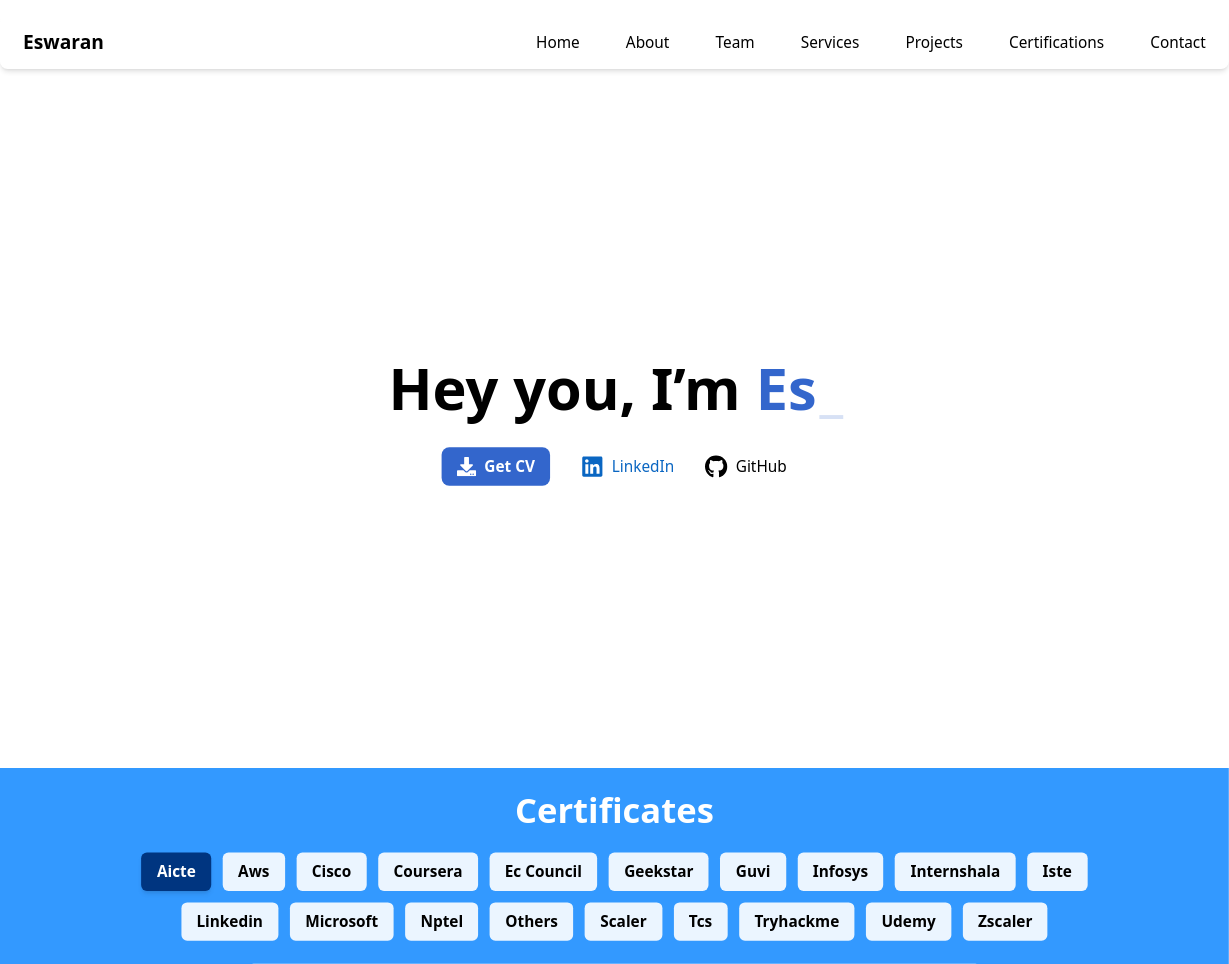
Repository: Rudra-Eswaran/Rudra_Official
Page: /
An editor plug-in stored every save of this project. The page is shown before and after the next save, followed by the edit.
The browser window is 1280 px wide. The pictures show the part of the page from y = 0 to 1004 px (the page is 5552 px tall), at 96% of full size.
Pictures or frames that could not be fetched are drawn as grey boxes. Some web libraries are served in a nearby version. The project was rebuilt for these pictures with package versions that can differ from the ones it lists, and the page was loaded fresh each time. Also part of the build but not shown: vite.config.js, src/components/Success.jsx, src/components/Failure.jsx.

Above is the page before, as saved 2025-05-20 11:10:02.

### index.html
<!doctype html>
<html lang="en">
  <head>
    <meta charset="UTF-8" />
    <link rel="icon" type="image/svg+xml" href="/vite.svg" />
    <meta name="viewport" content="width=device-width, initial-scale=1.0" />
    <title>Rudra Loading</title>
    <!-- Tailwind CSS CDN -->
<script src="https://cdn.tailwindcss.com"></script>

  </head>
  <body>
    <div id="root"></div>
    <script type="module" src="/src/main.jsx"></script>
  </body>
</html>

### src/App.jsx
import Navbar from "./components/Navbar";
import Footer from "./pages/Footer";
import Contact from "./pages/Contactus";
import Certify from "./pages/Certify";
import Rudrans from "./pages/Rudrans";
import Home from "./pages/Home";
import Products from "./pages/Products";
import Services from "./pages/Services";
import Edtech from "./pages/Edtech";




export default function App() {
  return (
    <>
      <Navbar />

      {/* Add a top margin to push content below the navbar */}
      <div className="mt-[80px]"> {/* Adjust this value based on your navbar height */}

        <Home/>
        <Certify/>
        <Rudrans />
        <Products/>
        <Services/>
        <Edtech/>
        <Contact />
      </div>

      {/* Footer will be at the bottom */}
      <Footer />
    </>
  );
}

### src/components/Navbar.jsx
import { useState } from "react";
import { Link } from "react-router-dom";
import { FiMenu, FiX } from "react-icons/fi";

const Navbar = () => {
  const [isMobileMenuOpen, setIsMobileMenuOpen] = useState(false);
  const [hovering, setHovering] = useState(false);

  const toggleMenu = () => setIsMobileMenuOpen(!isMobileMenuOpen);

  const menuItems = [
    { name: "Home", path: "/" },
    { name: "About", path: "/about" },
    { name: "Team", path: "/team" },
    { name: "Services", path: "/services" },
    { name: "Projects", path: "/projects" },
    { name: "Certifications", path: "/certifications" },
    { name: "Contact", path: "/contact" },
  ];

  return (
    <nav
      className={`fixed w-full top-0 left-0 z-50 mt-4 px-6 rounded-lg bg-white transition-shadow duration-300 ${
        hovering
          ? "shadow-lg"
          : "shadow-md"
      }`}
      onMouseEnter={() => setHovering(true)}
      onMouseLeave={() => setHovering(false)}
    >
      <div className="max-w-7xl mx-auto flex justify-between items-center h-14">
        {/* Logo */}
        <div className="text-xl font-bold text-black hover:text-blue-600 transition-colors">
          <Link to="/">Eswaran</Link>
        </div>

        {/* Desktop Menu */}
        <ul className="hidden md:flex space-x-12 font-medium text-black text-base">
          {menuItems.map(({ name, path }) => (
            <li key={name}>
              <Link
                to={path}
                className="hover:text-blue-600 transition-colors duration-300"
              >
                {name}
              </Link>
            </li>
          ))}
        </ul>

        {/* Mobile Menu Button */}
        <button
          onClick={toggleMenu}
          className="md:hidden focus:outline-none text-black hover:text-blue-600 transition-colors duration-300"
          aria-label="Toggle mobile menu"
        >
          {isMobileMenuOpen ? <FiX size={28} /> : <FiMenu size={28} />}
        </button>
      </div>

      {/* Mobile Menu */}
      {isMobileMenuOpen && (
        <div className="md:hidden bg-white shadow rounded-b-lg px-6">
          <ul className="flex flex-col space-y-6 py-6 text-center font-medium text-lg text-black">
            {menuItems.map(({ name, path }) => (
              <li key={name}>
                <Link
                  to={path}
                  onClick={toggleMenu}
                  className="block hover:text-blue-600 transition-colors duration-300"
                >
                  {name}
                </Link>
              </li>
            ))}
          </ul>
        </div>
      )}
    </nav>
  );
};

export default Navbar;

### src/pages/Certify.jsx
import React, { useState, useEffect } from "react";
import { FaArrowLeft, FaArrowRight } from "react-icons/fa";
import { motion, AnimatePresence } from "framer-motion";

const certificateCategories = [
  "AICTE", "AWS", "Cisco", "Coursera", "EC-Council", "Geekstar",
  "GUVI", "INFOSYS", "INTERNSHALA", "ISTE", "Linkedin", "MICROSOFT",
  "NPTEL", "OTHERS", "SCALER", "TCS", "TRYHACKME", "UDEMY", "ZSCALER"
];

const formatCategoryName = (name) =>
  name
    .toLowerCase()
    .replace(/-/g, " ")
    .replace(/\b\w/g, (c) => c.toUpperCase());

const Certify = () => {
  const [activeCategory, setActiveCategory] = useState(certificateCategories[0]);
  const [certificates, setCertificates] = useState([]);
  const [currentIndex, setCurrentIndex] = useState(0);

  useEffect(() => {
    const loadCertificates = () => {
      // Normalize folder name to lowercase to match folder names on disk
      const folder = activeCategory.toLowerCase();
      const images = [];
      for (let i = 1; i <= 10; i++) {
        images.push(`/Certificates/${folder}/C${i}.jpg`);
      }
      setCertificates(images);
      setCurrentIndex(0);
    };
    loadCertificates();
  }, [activeCategory]);

  useEffect(() => {
    if (certificates.length <= 1) return;
    const interval = setInterval(() => {
      setCurrentIndex((prev) => (prev + 1) % certificates.length);
    }, 3000);
    return () => clearInterval(interval);
  }, [certificates.length]);

  return (
    <div className="min-h-screen bg-[#3399ff] p-6 flex flex-col items-center">
      <h2 className="text-4xl font-bold text-white mb-6 select-none">Certificates</h2>

      <div className="flex flex-wrap justify-center gap-3 max-w-5xl mb-6">
        {certificateCategories.map((cat) => (
          <button
            key={cat}
            onClick={() => setActiveCategory(cat)}
            className={`px-4 py-2 rounded-md font-semibold transition-colors duration-300
              ${activeCategory === cat
                ? "bg-[#003580] text-white shadow-md"
                : "bg-white/90 text-black hover:bg-[#004aad] hover:text-white"}`}
          >
            {formatCategoryName(cat)}
          </button>
        ))}
      </div>

      <div className="relative w-full max-w-3xl h-[450px] bg-white rounded-lg shadow-lg overflow-hidden select-none">
        <AnimatePresence mode="wait">
          {certificates.length > 0 && (
            <motion.img
              key={certificates[currentIndex]}
              src={certificates[currentIndex]}
              alt={`${activeCategory} Certificate ${currentIndex + 1}`}
              className="w-full h-full object-contain p-6"
              initial={{ opacity: 0, x: certificates.length > 1 ? 100 : 0 }}
              animate={{ opacity: 1, x: 0 }}
              exit={{ opacity: 0, x: certificates.length > 1 ? -100 : 0 }}
              transition={{ duration: certificates.length > 1 ? 0.5 : 0 }}
              onError={(e) => (e.target.style.display = "none")}
            />
          )}
          {certificates.length === 0 && (
            <motion.p
              className="text-center text-gray-700 text-xl mt-20"
              initial={{ opacity: 0 }}
              animate={{ opacity: 1 }}
            >
              No certificates found.
            </motion.p>
          )}
        </AnimatePresence>

        {certificates.length > 1 && (
          <>
            <button
              onClick={() =>
                setCurrentIndex((prev) => (prev - 1 + certificates.length) % certificates.length)
              }
              className="absolute left-3 top-1/2 -translate-y-1/2 bg-[#004aad] hover:bg-[#003580] text-white p-3 rounded-full shadow-md transition"
              aria-label="Previous certificate"
            >
              <FaArrowLeft size={18} />
            </button>

            <button
              onClick={() => setCurrentIndex((prev) => (prev + 1) % certificates.length)}
              className="absolute right-3 top-1/2 -translate-y-1/2 bg-[#004aad] hover:bg-[#003580] text-white p-3 rounded-full shadow-md transition"
              aria-label="Next certificate"
            >
              <FaArrowRight size={18} />
            </button>
          </>
        )}
      </div>
    </div>
  );
};

export default Certify;

### src/pages/Rudrans.jsx
import React, { useState } from 'react';
import teamData from '../teamData.json'; // adjust the path if needed

const Rudrans = () => {
  const [currentIndex, setCurrentIndex] = useState(0);

  const nextSlide = () => {
    setCurrentIndex((prevIndex) => (prevIndex + 1) % teamData.length);
  };

  const prevSlide = () => {
    setCurrentIndex((prevIndex) =>
      prevIndex === 0 ? teamData.length - 1 : prevIndex - 1
    );
  };

  return (
    <div className="relative w-full h-screen bg-gray-200 overflow-hidden">
      <div className="flex justify-center items-center w-full h-full">
        <div className="flex flex-col items-center justify-center bg-white rounded-lg shadow-lg p-8 w-full h-full">
          <img
            src={teamData[currentIndex].photo}
            alt={teamData[currentIndex].name}
            className="w-40 h-40 rounded-full mb-4 object-cover"
          />
          <h2 className="text-3xl font-bold">{teamData[currentIndex].name}</h2>
          <p className="text-xl text-gray-600">{teamData[currentIndex].role}</p>
          <p className="mt-4 text-center text-gray-800">{teamData[currentIndex].bio}</p>
          <div className="mt-4 flex space-x-4">
            <a
              href={teamData[currentIndex].linkedin}
              target="_blank"
              rel="noopener noreferrer"
              className="text-blue-600 hover:underline"
            >
              LinkedIn
            </a>
            <a
              href={teamData[currentIndex].github}
              target="_blank"
              rel="noopener noreferrer"
              className="text-blue-600 hover:underline"
            >
              GitHub
            </a>
          </div>
        </div>
      </div>

      <button
        onClick={prevSlide}
        className="absolute left-0 top-1/2 transform -translate-y-1/2 bg-gray-600 text-white p-4 rounded-full hover:bg-gray-700"
      >
        &#8592;
      </button>

      <button
        onClick={nextSlide}
        className="absolute right-0 top-1/2 transform -translate-y-1/2 bg-gray-600 text-white p-4 rounded-full hover:bg-gray-700"
      >
        &#8594;
      </button>
    </div>
  );
};

export default Rudrans;

### src/pages/Home.jsx
import React from "react";
import { Typewriter } from "react-simple-typewriter";
import { FaLinkedin, FaGithub, FaDownload } from "react-icons/fa";

const Home = () => {
  return (
    <div className="flex flex-col items-center justify-center min-h-screen bg-white px-6 py-12 text-center">
      <h1 className="text-5xl md:text-6xl font-bold text-black mb-8">
        Hey you, I’m{" "}
        <span className="text-[#3366CC] font-extrabold">
          <Typewriter
            words={["Eswaran"]}
            loop={0}
            cursor
            cursorStyle="_"
            typeSpeed={120}
            deleteSpeed={50}
            delaySpeed={2000}
          />
        </span>
      </h1>

      <div className="flex items-center justify-center gap-8">
        {/* Get CV - always show icon + text */}
        <a
          href="/assets/Eswaran%20S_Resume_IT.pdf"
          target="_blank"
          rel="noopener noreferrer"
          className="flex items-center gap-2 bg-[#3366CC] text-white px-4 py-2 rounded-lg font-extrabold hover:bg-[#254c99] transition"
        >
          <FaDownload size={20} />
          <span>Get CV</span>
        </a>

        {/* LinkedIn - icon always, text hidden on small */}
        <a
          href="https://linkedin.com/in/eswaran-s"
          target="_blank"
          rel="noopener noreferrer"
          className="flex items-center gap-2 text-[#0A66C2] font-medium hover:text-[#084a8b] transition"
        >
          <FaLinkedin size={24} />
          <span className="hidden md:inline">LinkedIn</span>
        </a>

        {/* GitHub - icon always, text hidden on small */}
        <a
          href="https://github.com/Eswaran-IT"
          target="_blank"
          rel="noopener noreferrer"
          className="flex items-center gap-2 text-black font-medium hover:text-gray-700 transition"
        >
          <FaGithub size={24} />
          <span className="hidden md:inline">GitHub</span>
        </a>
      </div>
    </div>
  );
};

export default Home;

### src/pages/Products.jsx
import React, { useEffect } from 'react';
import AOS from 'aos';
import 'aos/dist/aos.css';
import products from '../productData.json';

const Products = () => {
  useEffect(() => {
    AOS.init({ duration: 1000 });
  }, []);

  return (
    <div className="min-h-screen bg-gradient-to-br from-gray-100 to-blue-50 py-12 px-4 md:px-16">
      <h1 className="text-4xl font-extrabold text-center text-blue-900 mb-12">
        Our Software Products
      </h1>

      <div className="space-y-12">
        {products.map((product, index) => (
          <div
            key={index}
            data-aos="fade-up"
            className="flex flex-col md:flex-row items-center bg-white border border-gray-200 rounded-2xl shadow-lg overflow-hidden hover:shadow-2xl transition-all duration-500"
          >
            {/* Product Image */}
            <img
              src={product.image}
              alt={product.name}
              className="w-full md:w-1/3 h-64 object-cover"
            />

            {/* Product Details */}
            <div className="p-6 md:p-10 w-full md:w-2/3 text-center md:text-left">
              <h2 className="text-2xl font-bold text-gray-800">{product.name}</h2>
              <p className="text-gray-600 mt-3">{product.description}</p>

              {/* Live Demo Button */}
              <div className="mt-6 flex justify-center md:justify-start">
                <a
                  href={product.demo || '#'}
                  target="_blank"
                  rel="noopener noreferrer"
                  className="bg-blue-600 text-white px-6 py-2 rounded-full hover:bg-blue-700 transition-all duration-300"
                >
                  Live Demo
                </a>
              </div>
            </div>
          </div>
        ))}
      </div>
    </div>
  );
};

export default Products;

### src/pages/Services.jsx
import React, { useEffect } from "react";
import AOS from "aos";
import "aos/dist/aos.css";
import servicesData from "../servicesData";

const Services = () => {
  useEffect(() => {
    AOS.init({
      duration: 800,
      offset: 100,
      once: true,
      easing: "ease-in-out",
    });
  }, []);

  return (
    <section
      id="services"
      className="bg-gradient-to-b from-blue-50 via-white to-blue-100 py-20 px-4 min-h-screen"
    >
      <div className="max-w-6xl mx-auto text-center mb-12">
        <h2
          className="text-4xl font-bold text-blue-700 mb-4"
          data-aos="fade-down"
        >
          Our Services
        </h2>
        <p className="text-gray-600 max-w-2xl mx-auto" data-aos="fade-up">
          Explore the wide range of IT services we provide to empower your digital journey.
        </p>
      </div>

      <div className="grid grid-cols-1 sm:grid-cols-2 lg:grid-cols-3 gap-8 max-w-6xl mx-auto">
        {servicesData.map((service, index) => (
          <div
            key={service.id}
            data-aos="zoom-in"
            data-aos-delay={index * 100}
            className="bg-white rounded-xl shadow-md hover:shadow-lg transition-transform transform hover:-translate-y-1 p-6 min-h-[260px]"
          >
            <div className="text-5xl mb-4">{service.icon}</div>
            <h3 className="text-xl font-semibold text-blue-700 mb-2">
              {service.title}
            </h3>
            <p className="text-gray-700">{service.description}</p>
          </div>
        ))}
      </div>
    </section>
  );
};

export default Services;

### src/Constants.jsx
// constants.js
export const CONTACT_INFO = {
    location: {
      title: "Location",
      text: "Tamil nadu,India",
      icon: "FiMapPin",
    },
    email: {
      title: "Email",
      text: "rudraofficial2k25@gmail.com",
      icon: "FiMail",
    },
    phone: {
      title: "Call",
      text: "+91 93451 52042",
      icon: "FiPhone",
    },
  };

  export const MODAL_MESSAGES = {
    success: {
      title: "Success!",
      message: "Your message has been sent. We'll get back to you soon.",
    },
    error: {
      title: "Error",
      message: "Something went wrong. Please try again later.",
    },
  };

  export const FORM_FIELDS = {
    name: "Your Name",
    email: "Your Email",
    phone: "Your Mobile Number",
    message: "Your Message",
  };

  export const BUTTON_LABELS = {
    send: "Send Message",
    sending: "Sending...",
  };

Loaded but not shown: src/main.jsx (common file); src/servicesData.json (38 lines, source omitted); src/teamData.json (26 lines, source omitted); src/productData.json (20 lines, source omitted); src/pages/Contactus.jsx (206 lines, source omitted); src/pages/Footer.jsx (82 lines, source omitted); src/pages/Edtech.jsx (92 lines, source omitted)

After the next save:
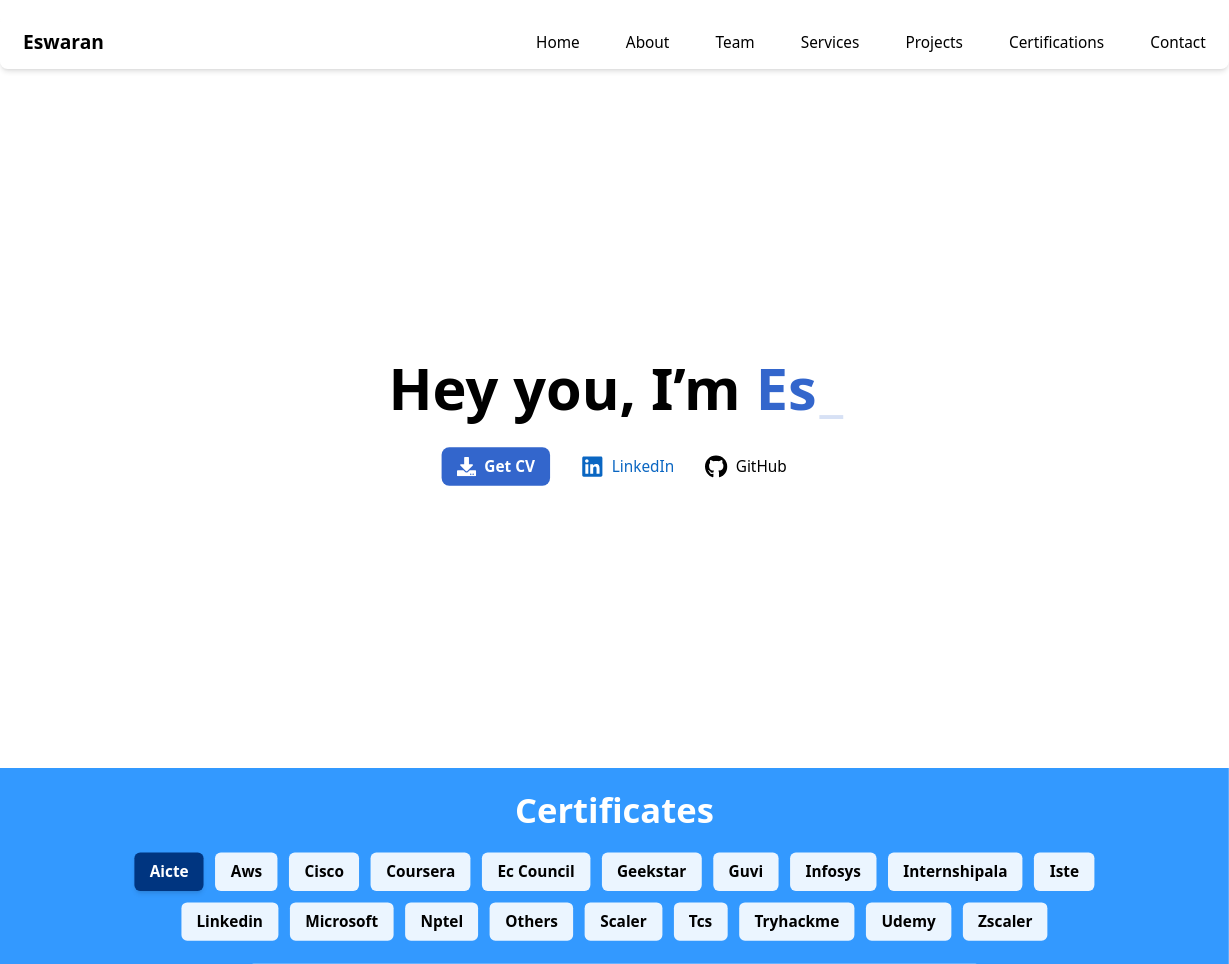
Saved 68 s later.
--- a/src/pages/Certify.jsx
+++ b/src/pages/Certify.jsx
@@ -2,11 +2,11 @@
 import { FaArrowLeft, FaArrowRight } from "react-icons/fa";
 import { motion, AnimatePresence } from "framer-motion";
 
-const certificateCategories = [
-  "AICTE", "AWS", "Cisco", "Coursera", "EC-Council", "Geekstar",
-  "GUVI", "INFOSYS", "INTERNSHALA", "ISTE", "Linkedin", "MICROSOFT",
-  "NPTEL", "OTHERS", "SCALER", "TCS", "TRYHACKME", "UDEMY", "ZSCALER"
-];
+const certificateMap = {
+  aicte: 10, aws: 10, cisco: 10, coursera: 10, "ec-council": 10, geekstar: 10,
+  guvi: 10, infosys: 10, internshipala: 10, iste: 10, linkedin: 10, microsoft: 10,
+  nptel: 10, others: 10, scaler: 10, tcs: 10, tryhackme: 10, udemy: 10, zscaler: 10,
+};
 
 const formatCategoryName = (name) =>
   name
@@ -15,18 +15,18 @@
     .replace(/\b\w/g, (c) => c.toUpperCase());
 
 const Certify = () => {
-  const [activeCategory, setActiveCategory] = useState(certificateCategories[0]);
+  const categories = Object.keys(certificateMap);
+  const [activeCategory, setActiveCategory] = useState(categories[0]);
   const [certificates, setCertificates] = useState([]);
   const [currentIndex, setCurrentIndex] = useState(0);
 
   useEffect(() => {
     const loadCertificates = () => {
-      // Normalize folder name to lowercase to match folder names on disk
-      const folder = activeCategory.toLowerCase();
-      const images = [];
-      for (let i = 1; i <= 10; i++) {
-        images.push(`/Certificates/${folder}/C${i}.jpg`);
-      }
+      const count = certificateMap[activeCategory] || 0;
+      const images = Array.from(
+        { length: count },
+        (_, i) => `/Certificates/${activeCategory}/C${i + 1}.jpg`
+      );
       setCertificates(images);
       setCurrentIndex(0);
     };
@@ -46,14 +46,15 @@
       <h2 className="text-4xl font-bold text-white mb-6 select-none">Certificates</h2>
 
       <div className="flex flex-wrap justify-center gap-3 max-w-5xl mb-6">
-        {certificateCategories.map((cat) => (
+        {categories.map((cat) => (
           <button
             key={cat}
             onClick={() => setActiveCategory(cat)}
-            className={`px-4 py-2 rounded-md font-semibold transition-colors duration-300
-              ${activeCategory === cat
+            className={`px-4 py-2 rounded-md font-semibold transition-colors duration-300 ${
+              activeCategory === cat
                 ? "bg-[#003580] text-white shadow-md"
-                : "bg-white/90 text-black hover:bg-[#004aad] hover:text-white"}`}
+                : "bg-white/90 text-black hover:bg-[#004aad] hover:text-white"
+            }`}
           >
             {formatCategoryName(cat)}
           </button>
@@ -62,20 +63,19 @@
 
       <div className="relative w-full max-w-3xl h-[450px] bg-white rounded-lg shadow-lg overflow-hidden select-none">
         <AnimatePresence mode="wait">
-          {certificates.length > 0 && (
+          {certificates.length > 0 ? (
             <motion.img
               key={certificates[currentIndex]}
               src={certificates[currentIndex]}
               alt={`${activeCategory} Certificate ${currentIndex + 1}`}
               className="w-full h-full object-contain p-6"
-              initial={{ opacity: 0, x: certificates.length > 1 ? 100 : 0 }}
+              initial={{ opacity: 0, x: 100 }}
               animate={{ opacity: 1, x: 0 }}
-              exit={{ opacity: 0, x: certificates.length > 1 ? -100 : 0 }}
-              transition={{ duration: certificates.length > 1 ? 0.5 : 0 }}
+              exit={{ opacity: 0, x: -100 }}
+              transition={{ duration: 0.5 }}
               onError={(e) => (e.target.style.display = "none")}
             />
-          )}
-          {certificates.length === 0 && (
+          ) : (
             <motion.p
               className="text-center text-gray-700 text-xl mt-20"
               initial={{ opacity: 0 }}
